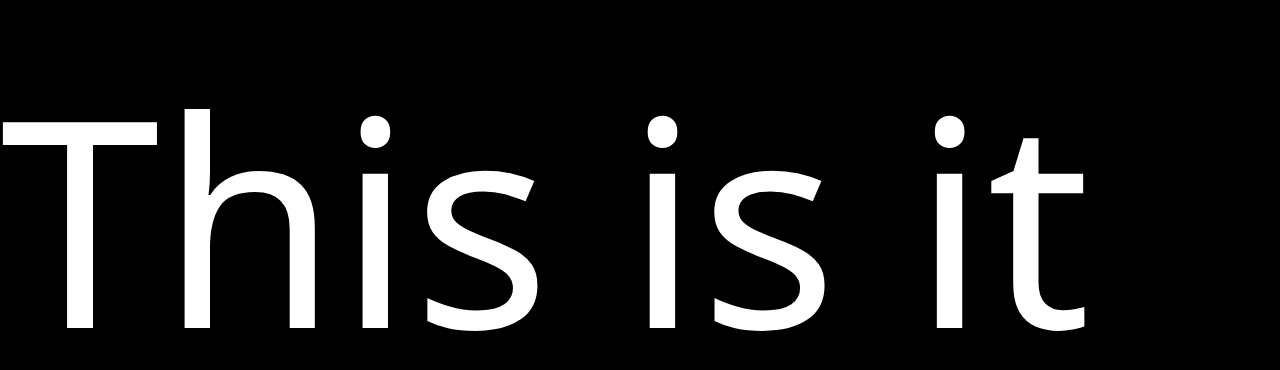
Repository: kathrin-aigner/Portfolio-2022
Page: index.html
The author's editor kept a copy of each file at every save. The page is drawn from the files as they stood at one save, then again after the next save.
The browser window is 1280 px wide. The pictures show the whole page.
Some web fonts or font styles are not loaded; a fallback is used.

Above is the page before, as saved 2022-02-21 17:18:52.

After the next save:
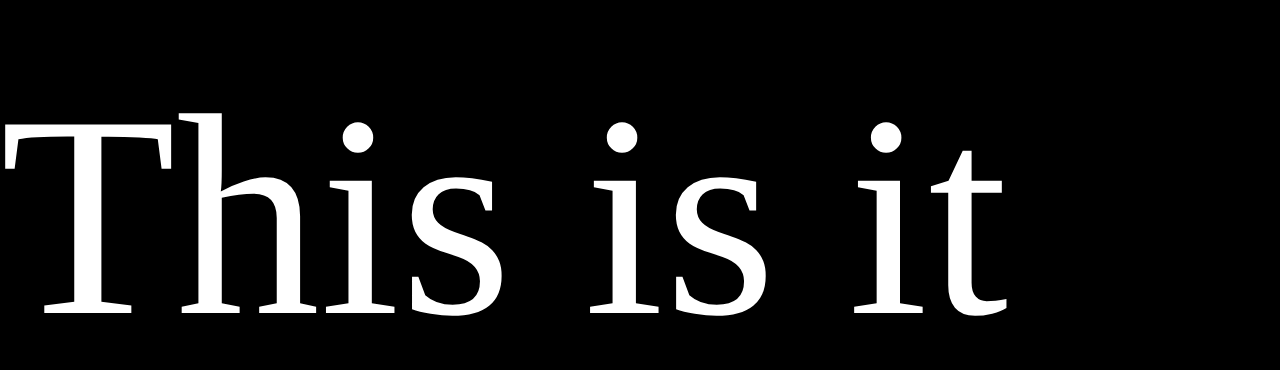
Saved 35 s later.
--- a/css/styles.css
+++ b/css/styles.css
@@ -3,6 +3,7 @@
 }
 
 .header {
+  font-family: "Dela Gothic One", cursive;
   font-size: 288px;
   color: white;
 }
